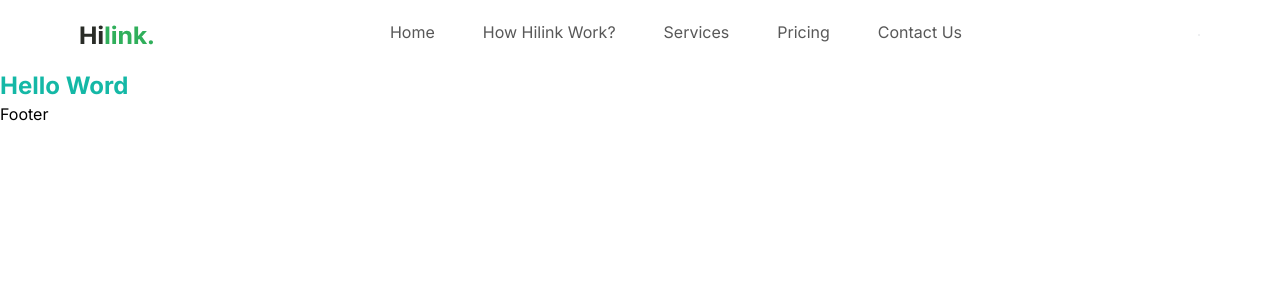
Repository: MikeeBuilds/camp
Page: /
The author's editor kept a copy of each file at every save. The page is drawn from the files as they stood at one save, then again after a run of saves.
The browser window is 1280 px wide. The pictures show the whole page.
The project was rebuilt for these pictures with package versions that can differ from the ones it lists, and the page was loaded fresh each time. The framework's server and built-in components were replaced by stand-ins that run in the browser. Also part of the build but not shown: next.config.js.

Above is the page before, as saved 2023-11-24 20:16:16.

After the next 4 saves:
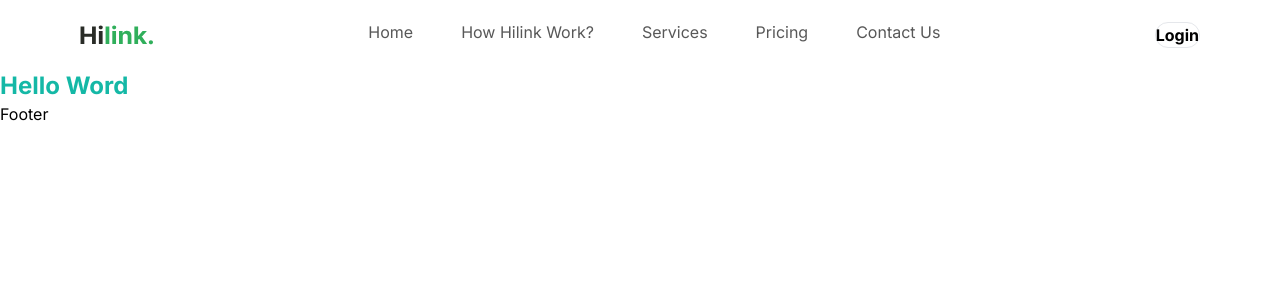
The 4 saves are shown as one change because they came seconds apart.
The last was saved 14 s later.
--- a/components/Navbar.tsx
+++ b/components/Navbar.tsx
@@ -21,6 +21,7 @@ const Navbar = () => {
             <div className='lg:flexCenter hidden'>
                 <Button
                     type="button"
+                    title="Login"
 
                 />
             </div>
